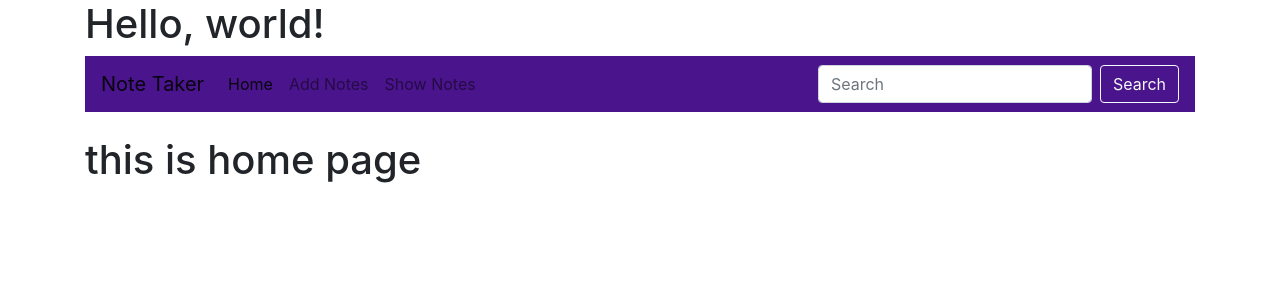
Repository: nayanchy123456/TODO-Project
Page: http://localhost/NoteTaker/
An editor plug-in stored every save of this project. The page is shown before and after the next save, followed by the edit.
The browser window is 1280 px wide. The pictures show the whole page.
Some web libraries are served in a nearby version. The page is served by Tomcat 10.

Above is the page before, as saved 2024-09-03 10:50:42.

After the next save:
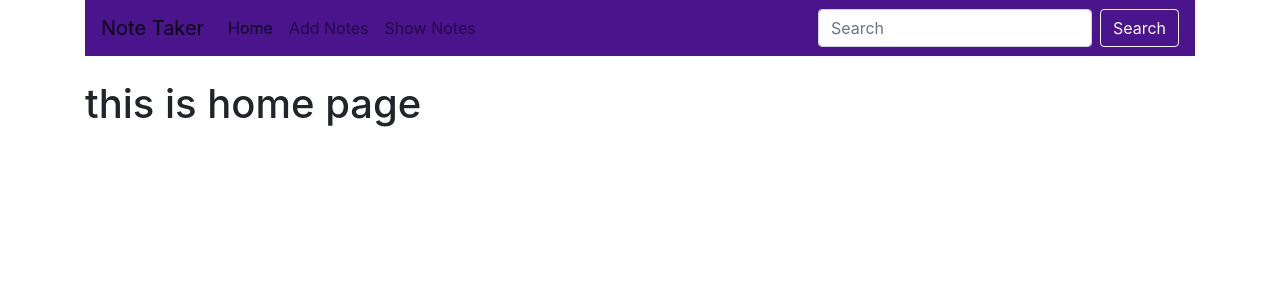
Saved 13 s later.
--- a/TODO webApplication/NoteTaker/src/main/webapp/index.jsp
+++ b/TODO webApplication/NoteTaker/src/main/webapp/index.jsp
@@ -13,7 +13,7 @@
 
 
     <div class = "container">
-    <h1>Hello, world!</h1>
+
     	<%@include file = "navbar.jsp" %>
 
     	<br>
